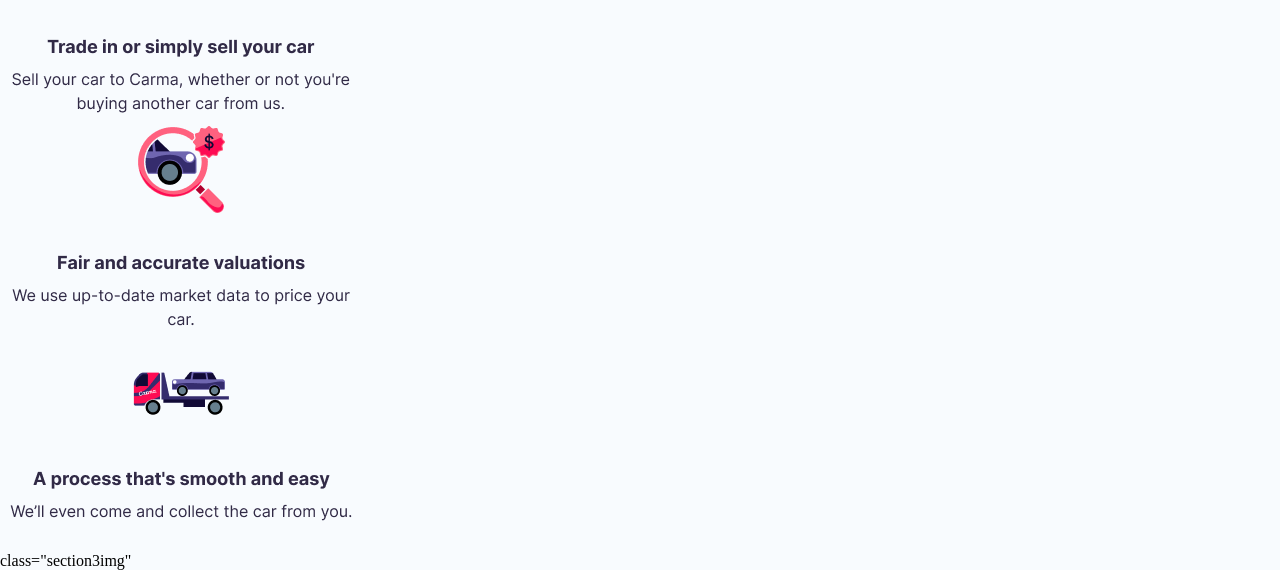
Repository: KHANas02/project
Page: index.html
These files come from the project's save history. The page is drawn as it stood at one moment and after a run of saves; the edit follows.
The browser window is 1280 px wide. The pictures show the part of the page from y = 596 to 1548 px (the page is 1166 px tall before and 1548 px after).

Above is the page before, as saved 2024-03-30 23:24:13.

After the next 4 saves:
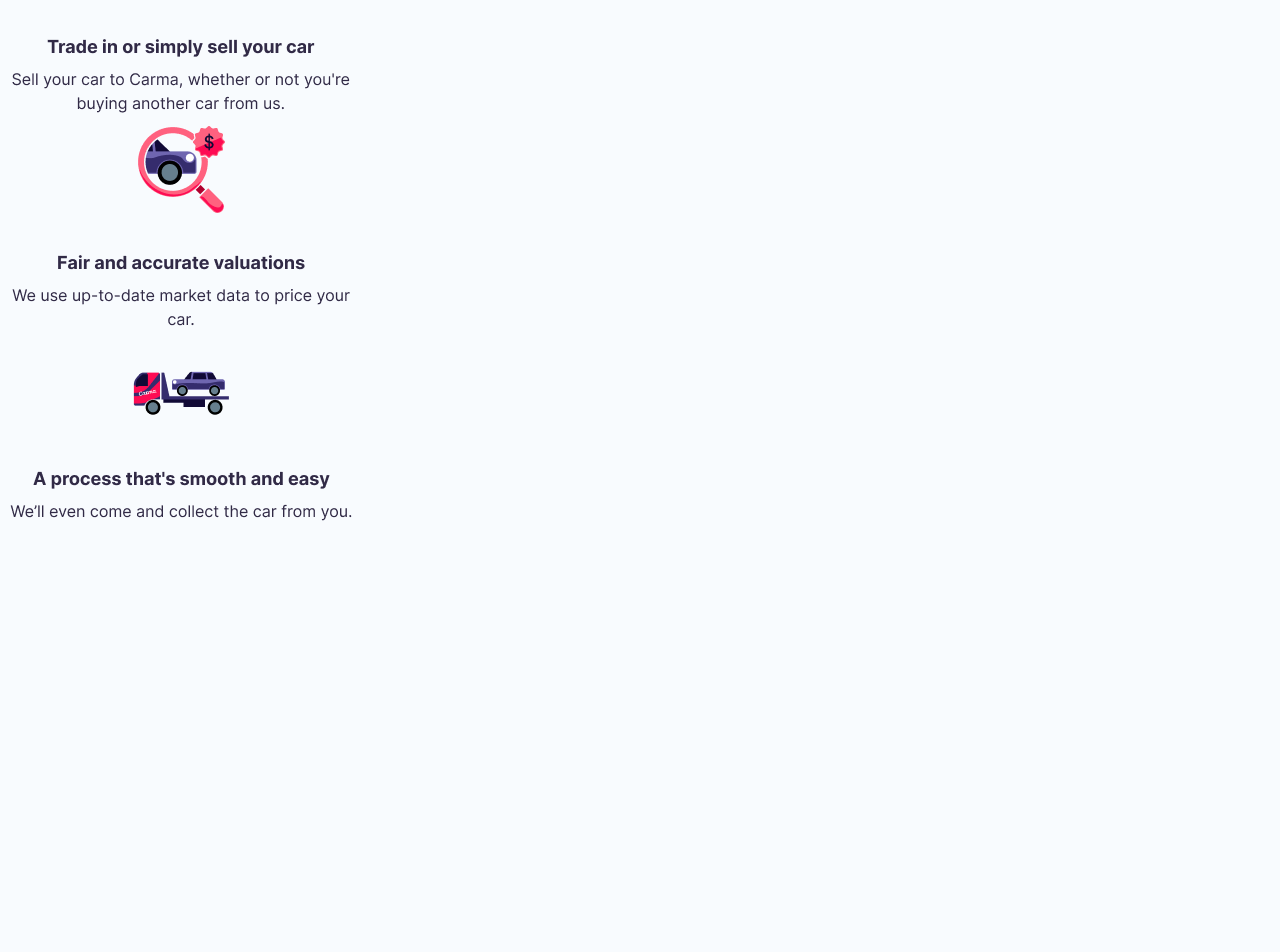
The 4 saves are shown as one change because they came seconds apart.
The last was saved 15 s later.
--- a/index.html
+++ b/index.html
@@ -33,7 +33,7 @@
 <img src="div (3).png" alt="">
 </div>
 <div class="section3">
-    <div> class="section3img"</div>
+    <div class="section3img"> </div>
 </div>
 
 
